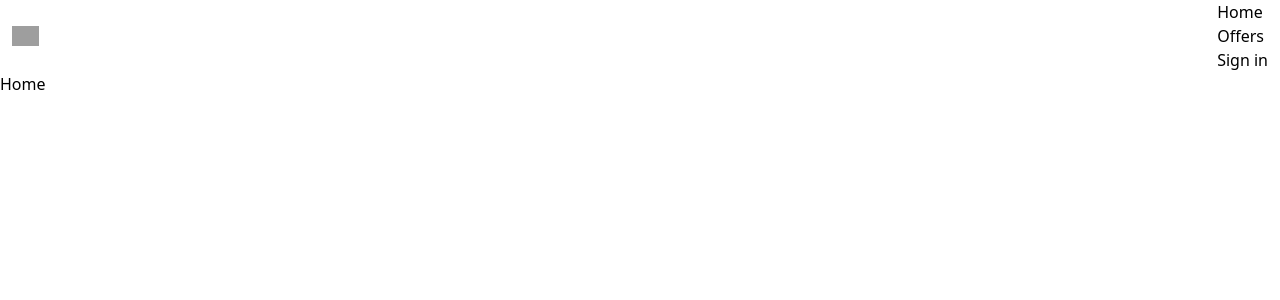
Repository: miraclesamson/realtor-clone
Page: /
The author's editor kept a copy of each file at every save. The page is drawn from the files as they stood at one save, then again after the next save.
The browser window is 1280 px wide. The pictures show the whole page.
Pictures or frames that could not be fetched are drawn as grey boxes. The project was rebuilt for these pictures with package versions that can differ from the ones it lists, and the page was loaded fresh each time. Also part of the build but not shown: src/App.css, src/pages/Profile.jsx, src/pages/SignIn.jsx, src/pages/SignUp.jsx, src/pages/ForgotPassword.jsx, src/pages/Offers.jsx.

Above is the page before, as saved 2022-09-19 13:04:16.

After the next save:
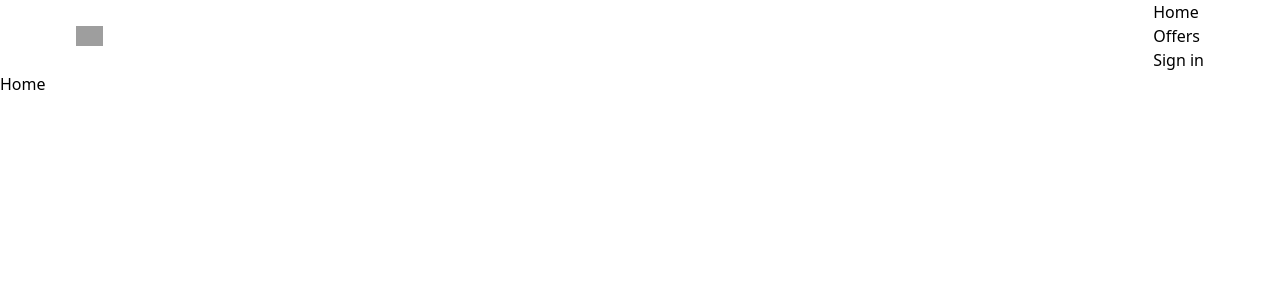
Saved 66 s later.
--- a/src/components/Header.jsx
+++ b/src/components/Header.jsx
@@ -3,7 +3,7 @@ import React from "react";
 export default function Header() {
   return (
     <div>
-      <header className="flex justify-between items-center px-3">
+      <header className="flex justify-between items-center px-3 max-w-6xl mx-auto">
         <div>
           <img
             src="https://static.rdc.moveaws.com/images/logos/rdc-logo-default.svg"
